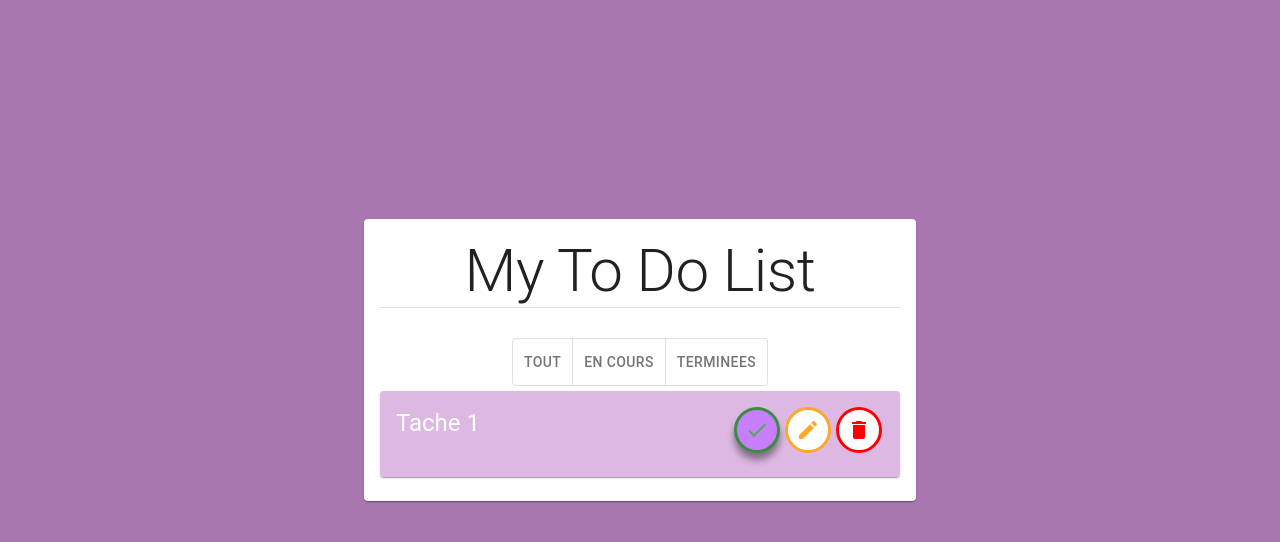
Repository: Fathiyasmine/Todo-list-project
Page: /
An editor plug-in stored every save of this project. The page is shown before and after the next save, followed by the edit.
The browser window is 1280 px wide. The pictures show the whole page.
The pointer rests on the first visible `.iconButton`.
The project was rebuilt for these pictures with package versions that can differ from the ones it lists, and the page was loaded fresh each time.

Above is the page before, as saved 2025-12-07 18:59:16.

After the next save:
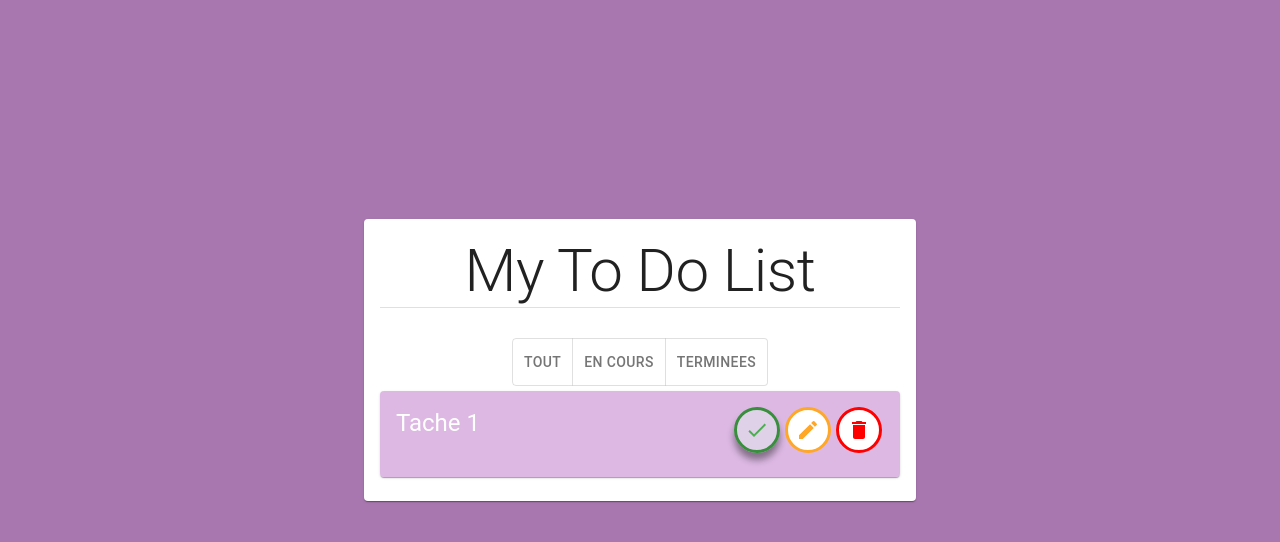
Saved 18 s later.
--- a/src/App.css
+++ b/src/App.css
@@ -49,6 +49,6 @@
   -o-transition: all 0.2s !important;
 }
 .iconButton:hover {
-  background-color: rgb(200, 127, 255) !important;
+  background-color: rgba(223, 210, 232, 0.986) !important;
   box-shadow: 0px 7px 7px rgba(0, 0, 0, 0.4);
 }
